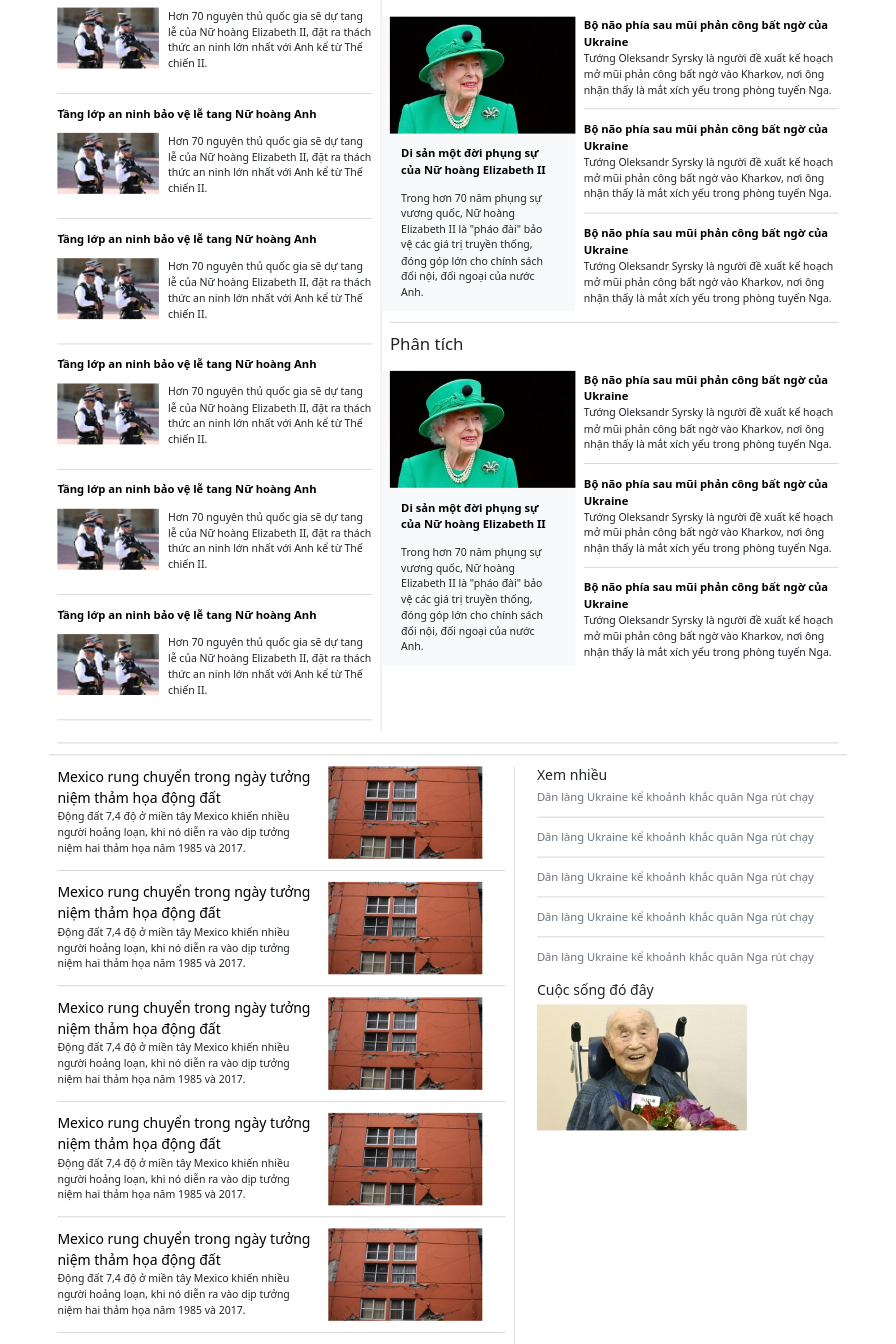
Repository: trongtamdev/lession1_html_sleepcloud
Page: vnExpress.html
These files come from the project's save history. The page is drawn as it stood at one moment and after a run of saves; the edit follows.
The browser window is 1280 px wide. The pictures show the part of the page from y = 707 to 2627 px (the page is 2627 px tall), at 70% of full size.

Above is the page before, as saved 2022-09-20 15:34:32.

### vnExpress.html
<!DOCTYPE html>
<html lang="en">
  <head>
    <meta charset="UTF-8" />
    <meta http-equiv="X-UA-Compatible" content="IE=edge" />
    <meta name="viewport" content="width=device-width, initial-scale=1.0" />
    <title>VNExpress</title>
    <link href="./styles/bootstrap.css" rel="stylesheet" />
    <link href="./styles/main.css" rel="stylesheet" />
  </head>
  <body>
    <div class="container">
      <div class="row">
        <div class="col-lg-8 mt-3">
          <div class="row bg-light">
            <div class="col-8">
              <img
                class="img-fluid"
                src="./assets/vnEpressImage/spotlight.jpg"
                alt="img-spotlight"
              />
            </div>
            <div class="col-4 mt-3">
              <h4><b>Tầng lớp an ninh bảo vệ lễ tang Nữ hoàng Anh</b></h4>
              <div class="mb-3">
                Hơn 70 nguyên thủ quốc gia sẽ dự tang lễ của Nữ hoàng Elizabeth
                II, đặt ra thách thức an ninh lớn nhất với Anh kể từ Thế chiến
                II.
              </div>
              <span class="text-muted">1' trước</span>
              <span class="text-muted mx-2">Thế giới</span>
            </div>
          </div>
          <hr />
          <div class="row">
            <div class="col-4">
              <a class="title-post" href="#">
                <b>
                  Điện Kremlin nói Nga - Trung không tìm cách kiểm soát thế
                  giới</b
                >
              </a>
              <div>
                Điện Kremlin cho rằng Nga, Trung Quốc không tìm cách kiểm soát
                thế giới "như những nước khác" và tố Mỹ là nguồn cơn của các
                hành động khiêu khích.
              </div>
            </div>
            <div class="col-4">
              <a class="title-post" href="#">
                <b> Ukraine tuyên bố chọc thủng phòng tuyến ven sông của Nga</b>
              </a>
              <div>
                Quân đội Ukraine tuyên bố các binh sĩ đã vượt sông Oskil đoạn
                chảy qua tỉnh Kharkov và phá vỡ phòng tuyến của lực lượng Nga.
              </div>
            </div>
            <div class="col-4">
              <a class="title-post" href="#">
                <b> Khoảnh khắc căn phòng đổ sập trong động đất Đài Loan</b>
              </a>
              <div>
                Phòng chơi cầu lông ở phía bắc Đài Loan rung lắc dữ dội và đổ
                sập trong lúc trận động đất mạnh 6,8 độ tấn công hòn đảo.
              </div>
            </div>
          </div>
          <hr />
          <div class="">
            <span class="text-muted">Chủ đề</span>
            <a class="ms-4 title-link" href="#"
              >Nữ hoàng Anh Elizabeth II qua đời</a
            >
          </div>
          <hr />
        </div>
        <!--END: LEFT SIDE 8 SPOTLIGHT-->

        <div class="col-lg-4 mt-3">
          <div class="row mt-3">
            <div class="col-7">
              <div>Alcaraz đưa Tây Ban Nha vào tứ kết Davis Cup Finals</div>
            </div>
            <div class="col-5">
              <img class="img" src="./assets/vnEpressImage/side-picture.jpg" />
            </div>
          </div>
          <hr />
          <div class="row mt-3">
            <div class="col-7">
              <div>Alcaraz đưa Tây Ban Nha vào tứ kết Davis Cup Finals</div>
            </div>
            <div class="col-5">
              <img class="img" src="./assets/vnEpressImage/side-picture.jpg" />
            </div>
          </div>
          <hr />
          <div class="row mt-3">
            <div class="col-7">
              <div>Alcaraz đưa Tây Ban Nha vào tứ kết Davis Cup Finals</div>
            </div>
            <div class="col-5">
              <img class="img" src="./assets/vnEpressImage/side-picture.jpg" />
            </div>
          </div>
          <hr />
          <div class="row mt-3">
            <div class="col-7">
              <div>Alcaraz đưa Tây Ban Nha vào tứ kết Davis Cup Finals</div>
            </div>
            <div class="col-5">
              <img class="img" src="./assets/vnEpressImage/side-picture.jpg" />
            </div>
          </div>
          <hr />
          <div class="row mt-3">
            <div class="col-7">
              <div>Alcaraz đưa Tây Ban Nha vào tứ kết Davis Cup Finals</div>
            </div>
            <div class="col-5">
              <img class="img" src="./assets/vnEpressImage/side-picture.jpg" />
            </div>
          </div>
          <hr />
          <div class="row mt-3">
            <div class="col-7">
              <div>Alcaraz đưa Tây Ban Nha vào tứ kết Davis Cup Finals</div>
            </div>
            <div class="col-5">
              <img class="img" src="./assets/vnEpressImage/side-picture.jpg" />
            </div>
          </div>
          <hr />
        </div>
        <!--END: RIGHT SIDE 4-->
      </div>
      <!-- END: Spotlight-->
      <div class="row mt-3">
        <div class="col-lg-5 border-right">
          <div class="row">
            <a class="title-post mb-3" href="#">
              <b>Tầng lớp an ninh bảo vệ lễ tang Nữ hoàng Anh</b>
            </a>
            <div class="col-4">
              <img class="img-side" src="./assets/vnEpressImage/side.jpg" />
            </div>
            <div class="col-8">
              <div>
                <p class="side-text">
                  Hơn 70 nguyên thủ quốc gia sẽ dự tang lễ của Nữ hoàng
                  Elizabeth II, đặt ra thách thức an ninh lớn nhất với Anh kể từ
                  Thế chiến II.
                </p>
              </div>
            </div>
          </div>
          <hr />
          <div class="row">
            <a class="title-post mb-3" href="#">
              <b>Tầng lớp an ninh bảo vệ lễ tang Nữ hoàng Anh</b>
            </a>
            <div class="col-4">
              <img class="img-side" src="./assets/vnEpressImage/side.jpg" />
            </div>
            <div class="col-8">
              <div>
                <p class="side-text">
                  Hơn 70 nguyên thủ quốc gia sẽ dự tang lễ của Nữ hoàng
                  Elizabeth II, đặt ra thách thức an ninh lớn nhất với Anh kể từ
                  Thế chiến II.
                </p>
              </div>
            </div>
          </div>
          <hr />
          <div class="row">
            <a class="title-post mb-3" href="#">
              <b>Tầng lớp an ninh bảo vệ lễ tang Nữ hoàng Anh</b>
            </a>
            <div class="col-4">
              <img class="img-side" src="./assets/vnEpressImage/side.jpg" />
            </div>
            <div class="col-8">
              <div>
                <p class="side-text">
                  Hơn 70 nguyên thủ quốc gia sẽ dự tang lễ của Nữ hoàng
                  Elizabeth II, đặt ra thách thức an ninh lớn nhất với Anh kể từ
                  Thế chiến II.
                </p>
              </div>
            </div>
          </div>
          <hr />
          <div class="row">
            <a class="title-post mb-3" href="#">
              <b>Tầng lớp an ninh bảo vệ lễ tang Nữ hoàng Anh</b>
            </a>
            <div class="col-4">
              <img class="img-side" src="./assets/vnEpressImage/side.jpg" />
            </div>
            <div class="col-8">
              <div>
                <p class="side-text">
                  Hơn 70 nguyên thủ quốc gia sẽ dự tang lễ của Nữ hoàng
                  Elizabeth II, đặt ra thách thức an ninh lớn nhất với Anh kể từ
                  Thế chiến II.
                </p>
              </div>
            </div>
          </div>
          <hr />
          <div class="row">
            <a class="title-post mb-3" href="#">
              <b>Tầng lớp an ninh bảo vệ lễ tang Nữ hoàng Anh</b>
            </a>
            <div class="col-4">
              <img class="img-side" src="./assets/vnEpressImage/side.jpg" />
            </div>
            <div class="col-8">
              <div>
                <p class="side-text">
                  Hơn 70 nguyên thủ quốc gia sẽ dự tang lễ của Nữ hoàng
                  Elizabeth II, đặt ra thách thức an ninh lớn nhất với Anh kể từ
                  Thế chiến II.
                </p>
              </div>
            </div>
          </div>
          <hr />
          <div class="row">
            <a class="title-post mb-3" href="#">
              <b>Tầng lớp an ninh bảo vệ lễ tang Nữ hoàng Anh</b>
            </a>
            <div class="col-4">
              <img class="img-side" src="./assets/vnEpressImage/side.jpg" />
            </div>
            <div class="col-8">
              <div>
                <p class="side-text">
                  Hơn 70 nguyên thủ quốc gia sẽ dự tang lễ của Nữ hoàng
                  Elizabeth II, đặt ra thách thức an ninh lớn nhất với Anh kể từ
                  Thế chiến II.
                </p>
              </div>
            </div>
          </div>
          <hr />
        </div>
        <!--END: SIDE CONTENT 5-->
        <div class="col-lg-7">
          <div class="row">
            <h4>Tư liệu</h4>
            <div class="col-5 bg-light mt-3">
              <img class="img-title" src="./assets/vnEpressImage/content.jpg" />

              <div class="px-3 py-3">
                <a class="title-post" href="#">
                  <b>Di sản một đời phụng sự của Nữ hoàng Elizabeth II</b>
                </a>
                <div class="side-text mt-3">
                  Trong hơn 70 năm phụng sự vương quốc, Nữ hoàng Elizabeth II là
                  "pháo đài" bảo vệ các giá trị truyền thống, đóng góp lớn cho
                  chính sách đối nội, đối ngoại của nước Anh.
                </div>
              </div>
            </div>
            <div class="col-7 mt-3">
              <div class="row">
                <a class="title-post" href="#">
                  <b>Bộ não phía sau mũi phản công bất ngờ của Ukraine</b>
                </a>
                <div class="side-text">
                  Tướng Oleksandr Syrsky là người đề xuất kế hoạch mở mũi phản
                  công bất ngờ vào Kharkov, nơi ông nhận thấy là mắt xích yếu
                  trong phòng tuyến Nga.
                </div>
              </div>
              <hr />
              <div class="row">
                <a class="title-post" href="#">
                  <b>Bộ não phía sau mũi phản công bất ngờ của Ukraine</b>
                </a>
                <div class="side-text">
                  Tướng Oleksandr Syrsky là người đề xuất kế hoạch mở mũi phản
                  công bất ngờ vào Kharkov, nơi ông nhận thấy là mắt xích yếu
                  trong phòng tuyến Nga.
                </div>
              </div>
              <hr />
              <div class="row">
                <a class="title-post" href="#">
                  <b>Bộ não phía sau mũi phản công bất ngờ của Ukraine</b>
                </a>
                <div class="side-text">
                  Tướng Oleksandr Syrsky là người đề xuất kế hoạch mở mũi phản
                  công bất ngờ vào Kharkov, nơi ông nhận thấy là mắt xích yếu
                  trong phòng tuyến Nga.
                </div>
              </div>
            </div>
          </div>
          <hr />
          <div class="row">
            <h4>Phân tích</h4>
            <div class="col-5 bg-light mt-3">
              <img class="img-title" src="./assets/vnEpressImage/content.jpg" />

              <div class="px-3 py-3">
                <a class="title-post" href="#">
                  <b>Di sản một đời phụng sự của Nữ hoàng Elizabeth II</b>
                </a>
                <div class="side-text mt-3">
                  Trong hơn 70 năm phụng sự vương quốc, Nữ hoàng Elizabeth II là
                  "pháo đài" bảo vệ các giá trị truyền thống, đóng góp lớn cho
                  chính sách đối nội, đối ngoại của nước Anh.
                </div>
              </div>
            </div>
            <div class="col-7 mt-3">
              <div class="row">
                <a class="title-post" href="#">
                  <b>Bộ não phía sau mũi phản công bất ngờ của Ukraine</b>
                </a>
                <div class="side-text">
                  Tướng Oleksandr Syrsky là người đề xuất kế hoạch mở mũi phản
                  công bất ngờ vào Kharkov, nơi ông nhận thấy là mắt xích yếu
                  trong phòng tuyến Nga.
                </div>
              </div>
              <hr />
              <div class="row">
                <a class="title-post" href="#">
                  <b>Bộ não phía sau mũi phản công bất ngờ của Ukraine</b>
                </a>
                <div class="side-text">
                  Tướng Oleksandr Syrsky là người đề xuất kế hoạch mở mũi phản
                  công bất ngờ vào Kharkov, nơi ông nhận thấy là mắt xích yếu
                  trong phòng tuyến Nga.
                </div>
              </div>
              <hr />
              <div class="row">
                <a class="title-post" href="#">
                  <b>Bộ não phía sau mũi phản công bất ngờ của Ukraine</b>
                </a>
                <div class="side-text">
                  Tướng Oleksandr Syrsky là người đề xuất kế hoạch mở mũi phản
                  công bất ngờ vào Kharkov, nơi ông nhận thấy là mắt xích yếu
                  trong phòng tuyến Nga.
                </div>
              </div>
            </div>
          </div>
        </div>
        <!--END: CONTENT 7-->
      </div>
      <hr />
      <div class="row mt-3">
        <hr />
        <div class="col-lg-7 border-right">
          <div class="row">
            <div class="col-7">
              <a class="title-content" href="#"
                >Mexico rung chuyển trong ngày tưởng niệm thảm họa động đất</a
              >
              <div class="side-text">
                Động đất 7,4 độ ở miền tây Mexico khiến nhiều người hoảng loạn,
                khi nó diễn ra vào dịp tưởng niệm hai thảm họa năm 1985 và 2017.
              </div>
            </div>
            <div class="col-5">
              <img
                class="img-content"
                src="./assets/vnEpressImage/content-medium.jpg"
              />
            </div>
          </div>
          <hr />

          <div class="row">
            <div class="col-7">
              <a class="title-content" href="#"
                >Mexico rung chuyển trong ngày tưởng niệm thảm họa động đất</a
              >
              <div class="side-text">
                Động đất 7,4 độ ở miền tây Mexico khiến nhiều người hoảng loạn,
                khi nó diễn ra vào dịp tưởng niệm hai thảm họa năm 1985 và 2017.
              </div>
            </div>
            <div class="col-5">
              <img
                class="img-content"
                src="./assets/vnEpressImage/content-medium.jpg"
              />
            </div>
          </div>
          <hr />

          <div class="row">
            <div class="col-7">
              <a class="title-content" href="#"
                >Mexico rung chuyển trong ngày tưởng niệm thảm họa động đất</a
              >
              <div class="side-text">
                Động đất 7,4 độ ở miền tây Mexico khiến nhiều người hoảng loạn,
                khi nó diễn ra vào dịp tưởng niệm hai thảm họa năm 1985 và 2017.
              </div>
            </div>
            <div class="col-5">
              <img
                class="img-content"
                src="./assets/vnEpressImage/content-medium.jpg"
              />
            </div>
          </div>
          <hr />

          <div class="row">
            <div class="col-7">
              <a class="title-content" href="#"
                >Mexico rung chuyển trong ngày tưởng niệm thảm họa động đất</a
              >
              <div class="side-text">
                Động đất 7,4 độ ở miền tây Mexico khiến nhiều người hoảng loạn,
                khi nó diễn ra vào dịp tưởng niệm hai thảm họa năm 1985 và 2017.
              </div>
            </div>
            <div class="col-5">
              <img
                class="img-content"
                src="./assets/vnEpressImage/content-medium.jpg"
              />
            </div>
          </div>
          <hr />

          <div class="row">
            <div class="col-7">
              <a class="title-content" href="#"
                >Mexico rung chuyển trong ngày tưởng niệm thảm họa động đất</a
              >
              <div class="side-text">
                Động đất 7,4 độ ở miền tây Mexico khiến nhiều người hoảng loạn,
                khi nó diễn ra vào dịp tưởng niệm hai thảm họa năm 1985 và 2017.
              </div>
            </div>
            <div class="col-5">
              <img
                class="img-content"
                src="./assets/vnEpressImage/content-medium.jpg"
              />
            </div>
          </div>
          <hr />
        </div>
        <!--END: CONTENT LIST 7-->
        <div class="col-lg-5">
          <div class="row mx-2">
            <div class="">
              <h5>Xem nhiều</h5>
              <div class="my-2">
                <a class="text-muted" href="#"
                  >Dân làng Ukraine kể khoảnh khắc quân Nga rút chạy
                </a>
                <hr />
              </div>

              <div class="my-2">
                <a class="text-muted" href="#"
                  >Dân làng Ukraine kể khoảnh khắc quân Nga rút chạy
                </a>
                <hr />
              </div>

              <div class="my-2">
                <a class="text-muted" href="#"
                  >Dân làng Ukraine kể khoảnh khắc quân Nga rút chạy
                </a>
                <hr />
              </div>

              <div class="my-2">
                <a class="text-muted" href="#"
                  >Dân làng Ukraine kể khoảnh khắc quân Nga rút chạy
                </a>
                <hr />
              </div>

              <div class="my-2">
                <a class="text-muted" href="#"
                  >Dân làng Ukraine kể khoảnh khắc quân Nga rút chạy
                </a>
              </div>
            </div>

            <div class="mt-3">
              <h5>Cuộc sống đó đây</h5>
              <div class="">
                <img src="./assets/vnEpressImage/side-content-medium.jpg" />

              </div>
            </div>
          </div>
        </div>
        <!--END: CONTENT LIST SIDE 5-->
      </div>
    </div>
  </body>
</html>

### styles/main.css
.bg-blue {
    background: rgb(63,94,251);
}
.bg-gradient-blue {
    background: rgb(63,94,251);
    background: radial-gradient(circle, rgba(63,94,251,1) 0%, rgba(252,70,107,1) 100%);
}
.card-header.bg-blue {
    color: #fff;
    font-weight: bold;
}

.banner {
    background-color: #ddd;
    height: 320px;
}

img.img-frame {
    height: auto;
}
img.img-frame.small {
    width: 100px;
}
img.img-frame.bigsize {
    width: 400px;
}



/* VNExpress */
.img{
    width: 100px;
    height: 60px;

    object-fit: cover;
}

.img-side{
    width: 145px;
    height: 87px;

    object-fit: cover;
}

.img-title{
    width: 265px;
    height: 167px;
}

.img-content{
    width: 220px;
    height: 132px;
}

.side-text{
    font-size: 15px;
}

.border-right{
    border-right: 1px solid lightgray;
}

a{
    text-decoration: none;

}
.title-link{
    color: #9f224e;
}
.title-post{
    color: black;
    text-decoration: none;

    font-size: 16px;
}

.title-content{
    color: black;
    font-size: 20px;
    text-decoration: none;
    font-weight: 500;
}

Loaded but not shown: styles/bootstrap.css (library)

After the next 2 saves:
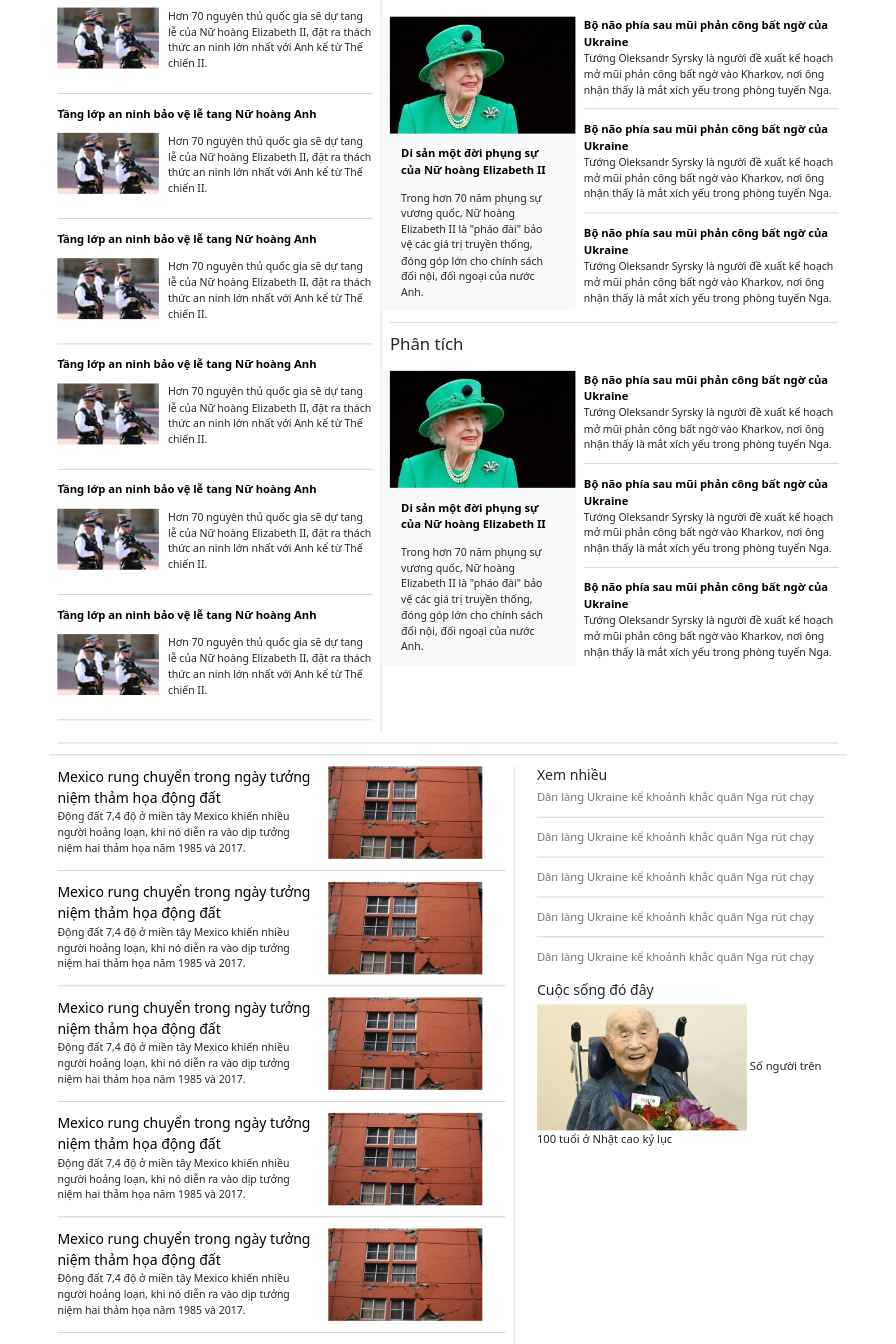
The 2 saves are shown as one change because they came seconds apart.
The last was saved 24 s later.
--- a/vnExpress.html
+++ b/vnExpress.html
@@ -497,7 +497,7 @@
               <h5>Cuộc sống đó đây</h5>
               <div class="">
                 <img src="./assets/vnEpressImage/side-content-medium.jpg" />
-
+                <a>Số người trên 100 tuổi ở Nhật cao kỷ lục</a>
               </div>
             </div>
           </div>
